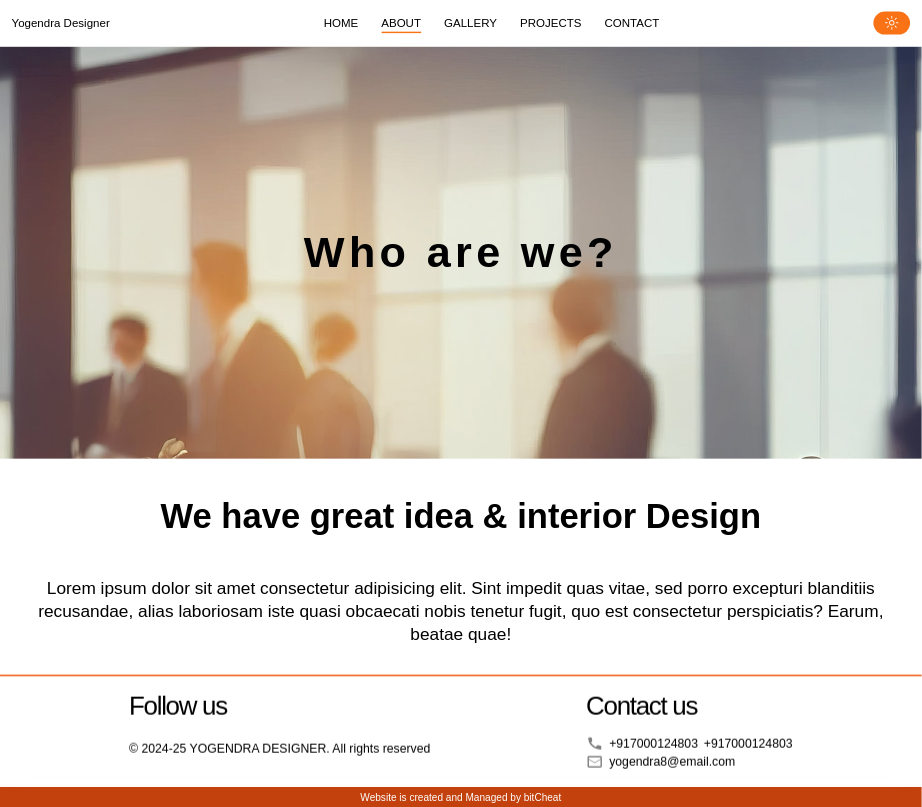
Repository: hitoutvrma/MB_designs-Interior-Designing-website
Page: /about
The author's editor kept a copy of each file at every save. The page is drawn from the files as they stood at one save, then again after the next save.
The browser window is 1280 px wide. The pictures show the whole page, at 72% of full size.
The project was rebuilt for these pictures with package versions that can differ from the ones it lists, and the page was loaded fresh each time. The framework's server and built-in components were replaced by stand-ins that run in the browser. Also part of the build but not shown: next.config.mjs.

Above is the page before, as saved 2024-09-16 20:36:33.

### app/layout.js
import localFont from "next/font/local";
import { Sen } from "next/font/google";
import "./globals.css";
import Header from "@/components/ui/Header";
import Footer from "@/components/ui/Footer";
import { ThemeProvider } from "@/components/ThemeProvider";

const josef = Sen({
  subsets:["latin"],
  weight:["400","500","600","700"],
  display:"swap"
})

// const geistSans = localFont({
//   src: "./fonts/GeistVF.woff",
//   variable: "--font-geist-sans",
//   weight: "100 900",
// });
// const geistMono = localFont({
//   src: "./fonts/GeistMonoVF.woff",
//   variable: "--font-geist-mono",
//   weight: "100 900",
// });

export const metadata = {
  title: "Create Next App",
  description: "Generated by create next app",
};

export default function RootLayout({ children }) {
  return (
    <html lang="en" suppressHydrationWarning>
      <body
        className={`${josef.variable} ${josef.variable} overflow-x-hidden antialiased`}
      >
        <ThemeProvider attribute='class' defaultTheme='light'>

        <Header/>
        {children}
        <Footer/>
        </ThemeProvider>
      </body>
    </html>
  );
}

### app/about/page.jsx
import React from 'react'

const page = () => {
  return (
    <div>
      <div className="bg-[url('/image/whoweare.jpg')] bg-center bg-cover">
        <h1 className='container py-32 text-6xl font-semibold text-black tracking-widest text-center lg:py-64'>Who are we?</h1>
      </div>
      <div className='container'>
        <div className='pt-4'>
          <h2 className='text-3xl font-semibold text-center lg:p-10 lg:text-5xl'>We have great idea & interior Design</h2>
          <p className='text-2xl text-center font-medium pb-10 mt-5'>Lorem ipsum dolor sit amet consectetur adipisicing elit. Sint impedit quas vitae, sed porro excepturi blanditiis recusandae, alias laboriosam iste quasi obcaecati nobis tenetur fugit, quo est consectetur perspiciatis? Earum, beatae quae!</p>
        </div>

      </div>
    </div>
  )
}

export default page

### app/globals.css
@tailwind base;
@tailwind components;
@tailwind utilities;


body {
  color: var(--foreground);
  background: var(--background);
  font-family: Arial, Helvetica, sans-serif;
}

@layer utilities {
  .text-balance {
    text-wrap: balance;
  }
}


@layer base {
  :root {
    --background: 0 0% 100%;
    --foreground: 20 14.3% 4.1%;
    --card: 0 0% 100%;
    --card-foreground: 20 14.3% 4.1%;
    --popover: 0 0% 100%;
    --popover-foreground: 20 14.3% 4.1%;
    --primary: 24.6 95% 53.1%;
    --primary-foreground: 60 9.1% 97.8%;
    --secondary: 60 4.8% 95.9%;
    --secondary-foreground: 24 9.8% 10%;
    --muted: 60 4.8% 95.9%;
    --muted-foreground: 25 5.3% 44.7%;
    --accent: 60 4.8% 95.9%;
    --accent-foreground: 24 9.8% 10%;
    --destructive: 0 84.2% 60.2%;
    --destructive-foreground: 60 9.1% 97.8%;
    --border: 20 5.9% 90%;
    --input: 20 5.9% 90%;
    --ring: 24.6 95% 53.1%;
    --radius: 0.5rem;
    --chart-1: 12 76% 61%;
    --chart-2: 173 58% 39%;
    --chart-3: 197 37% 24%;
    --chart-4: 43 74% 66%;
    --chart-5: 27 87% 67%;
  }

  .dark {
    --background: 20 14.3% 4.1%;
    --foreground: 60 9.1% 97.8%;
    --card: 20 14.3% 4.1%;
    --card-foreground: 60 9.1% 97.8%;
    --popover: 20 14.3% 4.1%;
    --popover-foreground: 60 9.1% 97.8%;
    --primary: 20.5 90.2% 48.2%;
    --primary-foreground: 60 9.1% 97.8%;
    --secondary: 12 6.5% 15.1%;
    --secondary-foreground: 60 9.1% 97.8%;
    --muted: 12 6.5% 15.1%;
    --muted-foreground: 24 5.4% 63.9%;
    --accent: 12 6.5% 15.1%;
    --accent-foreground: 60 9.1% 97.8%;
    --destructive: 0 72.2% 50.6%;
    --destructive-foreground: 60 9.1% 97.8%;
    --border: 12 6.5% 15.1%;
    --input: 12 6.5% 15.1%;
    --ring: 20.5 90.2% 48.2%;
    --chart-1: 220 70% 50%;
    --chart-2: 160 60% 45%;
    --chart-3: 30 80% 55%;
    --chart-4: 280 65% 60%;
    --chart-5: 340 75% 55%;
  }
}



@layer base {
  * {
    @apply border-border;
  }
  body {
    @apply bg-background text-foreground;
  }
}

.h1{
  @apply text-6xl xl:text-[72px] xl:leading-[80px] tracking-[-2px] font-bold mb-5 mt-4;
}

### components/ui/Header.jsx
'use client';
import React from 'react'
 import ThemeToggler from '../ThemeToggler'
import MobileNavigation from './MobileNavigation';
import Nav from './Nav';
const Header = () => {
  return (
    <div className='flex justify-between p-4 items-center '>
      <div>Yogendra Designer</div>
      <Nav containerStyles='hidden xl:flex gap-8 items-center' linkStyles='relative hover:text-primary transition-all' underlineStyles ='absolute left-0 top-full h-[2px] bg-primary w-full'
      />
      <div className='flex gap-2 items-center'>

      <ThemeToggler/>
      <div className='xl:hidden'>

      <MobileNavigation/>
      </div>
      </div>
    </div>
  )
}

export default Header

### components/ui/Footer.jsx
import React from 'react'

const Footer = () => {
  return (
    <div className='w-screen'>

    <div class="sm:flex justify-between  border-t-2 border-t-orange-600  backdrop-blur-lg sm:px-[14vw] px-4 py-[3vh] text-[17px] ">
  <div className='mb-8 sm:mb-0'>
    <head>
    <link rel="stylesheet" href="https://cdnjs.cloudflare.com/ajax/libs/font-awesome/6.0.0-beta3/css/all.min.css"/>

    </head>
    <h1 class="pb-5 text-4xl tracking-tighter">Follow us</h1>
    <div className='flex gap-x-6 pb-2 text-4xl'>
    <a href="https://instagram/hitoutvrma" className="text-gray-600 hover:text-pink-500 transition-transform duration-300 transform hover:scale-110"><i class="fa-brands fa-instagram" ></i></a>
      <a href="https://www.linkedin.com/in/hitesh-verma-3695b0254/" className="text-gray-600 hover:text-blue-700 transition-transform duration-300 transform hover:scale-110"><i class="fa-brands fa-linkedin"></i></a>
      <a href="https://x.com/hitesh_404" className="text-gray-600 hover:text-blue-700 transition-transform duration-300 transform hover:scale-110"><i class="fa-brands fa-facebook"></i></a>
    </div>
    <div className='sm:block hidden'>&copy; 2024-25 YOGENDRA DESIGNER. All rights reserved</div>
  </div>
  <div>
    <h1 class="pb-5 text-4xl tracking-tighter">Contact us</h1>
    <div class="flex gap-x-2">
      <svg class="text" xmlns="http://www.w3.org/2000/svg" viewBox="0 0 24 24" width="24" height="24" fill="gray">
        <path d="M6.62 10.79a15.533 15.533 0 006.59 6.59l2.2-2.2a1 1 0 011.09-.27c1.12.37 2.33.57 3.6.57a1 1 0 011 1V20a1 1 0 01-1 1C10.29 21 3 13.71 3 5a1 1 0 011-1h3.01a1 1 0 011 1c0 1.27.2 2.48.57 3.6a1 1 0 01-.27 1.09l-2.2 2.2z" />
      </svg>
      <a href="tel:+917000124803" class="hover:underline">+917000124803</a>
      <a href="tel:+917000124803" class="hover:underline">+917000124803</a>
    </div>
    <div class="flex gap-x-2">
      <svg xmlns="http://www.w3.org/2000/svg" viewBox="0 0 24 24" width="24" height="24" fill="gray">
        <path d="M20 4H4a2 2 0 00-2 2v12a2 2 0 002 2h16a2 2 0 002-2V6a2 2 0 00-2-2zM4 6h16v2l-8 5-8-5V6zm0 12V9l7.39 4.62a1 1 0 001.22 0L20 9v9H4z" />
      </svg>
      <a href="mailto:example@email.com" class="hover:underline">yogendra8@email.com</a>
    </div>
  </div>
    </div>
  <div className='flex items-center justify-center p-1 text-sm bg-orange-700 text-white border-t-orange-600'>Website is created and Managed by bitCheat</div>
</div>

  )
}

export default Footer

### components/ThemeProvider.jsx
'use client';

import { ThemeProvider as NextThemesProvider } from "next-themes";

export function ThemeProvider({ children, ...props }) {
    return <NextThemesProvider {...props}>
        { children }
    </NextThemesProvider>
}

### components/ThemeToggler.jsx
import { Button } from "./ui/button";
import { useTheme } from "next-themes";
import { SunIcon, MoonIcon } from "@radix-ui/react-icons";

const ThemeToggler = () => {
    const { theme, setTheme } = useTheme();

  return (
    <div>
      <Button  onClick={()=>setTheme(theme==='dark'?'light':'dark')}>
        <SunIcon className="h-[1.2rem] w-[1.2rem] scale-100 rotate-0 transition-all dark:rotate-90 dark:scale-0"/>
        <MoonIcon className="w-[1rem] absolute scale-0 rotate-90 transition-all dark:rotate-0 dark:scale-100"/>
      </Button>
    </div>
  )
}

export default ThemeToggler

### components/ui/MobileNavigation.jsx
import React from 'react'

import {Sheet, SheetContent, SheetTrigger} from '@/components/ui/sheet';
import Nav from './Nav';
import { AlignJustify } from 'lucide-react';

const MobileNavigation = () => {
  return (
    <Sheet>
        <SheetTrigger asChild>
            <AlignJustify className='cursor-pointer'/>
        </SheetTrigger>
        <SheetContent>
            <div className='p-3 flex flex-col items-center'>
                <div>
                    <div>Yogendra designer</div>
                    <Nav containerStyles='flex flex-col items-center gap-y-2' linkStyles='text-1xl '/>
                </div>
            </div>
        </SheetContent>
    </Sheet>
  )
}

export default MobileNavigation

### components/ui/Nav.jsx
//Hooks

import { usePathname } from "next/navigation";
import { motion } from "framer-motion";
import Link from "next/link";

const links = [
    {
        path:'/',name:'home'
    },
    {
        path:'/about',name:'about'
    },
    {
        path:'/gallery',name:'gallery'
    },
    {
        path:'/projects',name:'projects'
    },
    {
        path:'/contact',name:'contact'
    },
]
const Nav = ({ containerStyles, linkStyles, underlineStyles } ) => {

    const path = usePathname();
  return (
    <div className={`${containerStyles}`} >
        {
            links.map((link,index) =>{
                return(
                    <Link href={link.path}
                    key={index} className={`uppercase ${linkStyles}`}>
                        {link.path===path && (
                            <motion.span
                            initial={{y:'-100%'}}
                            animate={{y:0}}
                            transition={{ type:'tween'}}
                            layoutId="underline"
                            className={`${underlineStyles}`}
                            />
                        )}
                        {link.name}

                    </Link>
                )
            })
        }
      </div>
  )
}

export default Nav

### components/ui/button.jsx
import * as React from "react"
import { Slot } from "@radix-ui/react-slot"
import { cva } from "class-variance-authority";

import { cn } from "@/lib/utils"

const buttonVariants = cva(
  "inline-flex items-center justify-center whitespace-nowrap rounded-full text-base font-medium ring-offset-background transition-colors focus-visible:outline-none focus-visible:ring-2 focus-visible:ring-ring focus-visible:ring-offset-2 disabled:pointer-events-none disabled:opacity-50",
  {
    variants: {
      variant: {
        default: "bg-primary text-primary-foreground hover:bg-primary/90",
        destructive:
          "bg-destructive text-destructive-foreground hover:bg-destructive/90",
        outline:
          "border border-input bg-background hover:bg-accent hover:text-accent-foreground",
        secondary:
          "bg-secondary text-secondary-foreground hover:bg-secondary/80",
        ghost: "hover:bg-accent hover:text-accent-foreground",
        link: "text-primary underline-offset-4 hover:underline",
      },
      size: {
        default: "sm:h-[2.5vw] h-[7vw] px-4 py-2",
        sm: "h-9 rounded-md px-3",
        lg: "h-11 rounded-md px-8",
        icon: "h-10 w-10",
      },
    },
    defaultVariants: {
      variant: "default",
      size: "default",
    },
  }
)

const Button = React.forwardRef(({ className, variant, size, asChild = false, ...props }, ref) => {
  const Comp = asChild ? Slot : "button"
  return (
    (<Comp
      className={cn(buttonVariants({ variant, size, className }))}
      ref={ref}
      {...props} />)
  );
})
Button.displayName = "Button"

export { Button, buttonVariants }

### components/ui/sheet.jsx
"use client";
import * as React from "react"
import * as SheetPrimitive from "@radix-ui/react-dialog"
import { cva } from "class-variance-authority";
import { X } from "lucide-react"

import { cn } from "@/lib/utils"

const Sheet = SheetPrimitive.Root

const SheetTrigger = SheetPrimitive.Trigger

const SheetClose = SheetPrimitive.Close

const SheetPortal = SheetPrimitive.Portal

const SheetOverlay = React.forwardRef(({ className, ...props }, ref) => (
  <SheetPrimitive.Overlay
    className={cn(
      "fixed inset-0 z-50 bg-black/80  data-[state=open]:animate-in data-[state=closed]:animate-out data-[state=closed]:fade-out-0 data-[state=open]:fade-in-0",
      className
    )}
    {...props}
    ref={ref} />
))
SheetOverlay.displayName = SheetPrimitive.Overlay.displayName

const sheetVariants = cva(
  "fixed z-50 gap-4 bg-background p-6 shadow-lg transition ease-in-out data-[state=open]:animate-in data-[state=closed]:animate-out data-[state=closed]:duration-300 data-[state=open]:duration-500",
  {
    variants: {
      side: {
        top: "inset-x-0 top-0 border-b data-[state=closed]:slide-out-to-top data-[state=open]:slide-in-from-top",
        bottom:
          "inset-x-0 bottom-0 border-t data-[state=closed]:slide-out-to-bottom data-[state=open]:slide-in-from-bottom",
        left: "inset-y-0 left-0 h-full w-3/4 border-r data-[state=closed]:slide-out-to-left data-[state=open]:slide-in-from-left sm:max-w-sm",
        right:
          "inset-y-0 right-0 h-full w-3/4  border-l data-[state=closed]:slide-out-to-right data-[state=open]:slide-in-from-right sm:max-w-sm",
      },
    },
    defaultVariants: {
      side: "right",
    },
  }
)

const SheetContent = React.forwardRef(({ side = "right", className, children, ...props }, ref) => (
  <SheetPortal>
    <SheetOverlay />
    <SheetPrimitive.Content ref={ref} className={cn(sheetVariants({ side }), className)} {...props}>
      {children}
      <SheetPrimitive.Close
        className="absolute right-4 top-4 rounded-sm opacity-70 ring-offset-background transition-opacity hover:opacity-100 focus:outline-none focus:ring-2 focus:ring-ring focus:ring-offset-2 disabled:pointer-events-none data-[state=open]:bg-secondary">
        <X className="h-4 w-4" />
        <span className="sr-only">Close</span>
      </SheetPrimitive.Close>
    </SheetPrimitive.Content>
  </SheetPortal>
))
SheetContent.displayName = SheetPrimitive.Content.displayName

const SheetHeader = ({
  className,
  ...props
}) => (
  <div
    className={cn("flex flex-col space-y-2 text-center sm:text-left", className)}
    {...props} />
)
SheetHeader.displayName = "SheetHeader"

const SheetFooter = ({
  className,
  ...props
}) => (
  <div
    className={cn("flex flex-col-reverse sm:flex-row sm:justify-end sm:space-x-2", className)}
    {...props} />
)
SheetFooter.displayName = "SheetFooter"

const SheetTitle = React.forwardRef(({ className, ...props }, ref) => (
  <SheetPrimitive.Title
    ref={ref}
    className={cn("text-lg font-semibold text-foreground", className)}
    {...props} />
))
SheetTitle.displayName = SheetPrimitive.Title.displayName

const SheetDescription = React.forwardRef(({ className, ...props }, ref) => (
  <SheetPrimitive.Description
    ref={ref}
    className={cn("text-sm text-muted-foreground", className)}
    {...props} />
))
SheetDescription.displayName = SheetPrimitive.Description.displayName

export {
  Sheet,
  SheetPortal,
  SheetOverlay,
  SheetTrigger,
  SheetClose,
  SheetContent,
  SheetHeader,
  SheetFooter,
  SheetTitle,
  SheetDescription,
}

### tailwind.config.js
/** @type {import('tailwindcss').Config} */
module.exports = {
	darkMode: ["class"], // Dark mode setting
	content: [
	  "./pages/**/*.{js,ts,jsx,tsx,mdx}",
	  "./components/**/*.{js,ts,jsx,tsx,mdx}",
	  "./app/**/*.{js,ts,jsx,tsx,mdx}",
	],
	theme: {
	  // Container customization
	  container: {
		center: true, // Centers the container horizontally
		padding: '2rem', // Adds 1rem of padding (16px) on all sides
		screens: {
		  sm: '100%',  // Container takes 100% width on small screens
		  md: '100%',  // Container takes 100% width on medium screens
		  lg: '1024px', // Container is 1024px wide on large screens
		  xl: '1280px', // Container is 1280px wide on extra-large screens
		  '2xl': '1536px', // Container is 1536px wide on 2XL screens
		},
	  },
	  extend: {
		// Extending color palette
		colors: {
		  background: 'hsl(var(--background))',
		  foreground: 'hsl(var(--foreground))',
		  card: {
			DEFAULT: 'hsl(var(--card))',
			foreground: 'hsl(var(--card-foreground))',
		  },
		  popover: {
			DEFAULT: 'hsl(var(--popover))',
			foreground: 'hsl(var(--popover-foreground))',
		  },
		  primary: {
			DEFAULT: 'hsl(var(--primary))',
			foreground: 'hsl(var(--primary-foreground))',
		  },
		  secondary: {
			DEFAULT: 'hsl(var(--secondary))',
			foreground: 'hsl(var(--secondary-foreground))',
		  },
		  muted: {
			DEFAULT: 'hsl(var(--muted))',
			foreground: 'hsl(var(--muted-foreground))',
		  },
		  accent: {
			DEFAULT: 'hsl(var(--accent))',
			foreground: 'hsl(var(--accent-foreground))',
		  },
		  destructive: {
			DEFAULT: 'hsl(var(--destructive))',
			foreground: 'hsl(var(--destructive-foreground))',
		  },
		  border: 'hsl(var(--border))',
		  input: 'hsl(var(--input))',
		  ring: 'hsl(var(--ring))',
		  chart: {
			'1': 'hsl(var(--chart-1))',
			'2': 'hsl(var(--chart-2))',
			'3': 'hsl(var(--chart-3))',
			'4': 'hsl(var(--chart-4))',
			'5': 'hsl(var(--chart-5))',
		  },
		},
		// Extending border radius
		borderRadius: {
		  lg: 'var(--radius)',
		  md: 'calc(var(--radius) - 2px)',
		  sm: 'calc(var(--radius) - 4px)',
		},
	  },
	},
	plugins: [require("tailwindcss-animate")],
  };

Loaded but not shown: lib/utils.js (common file)

After the next save:
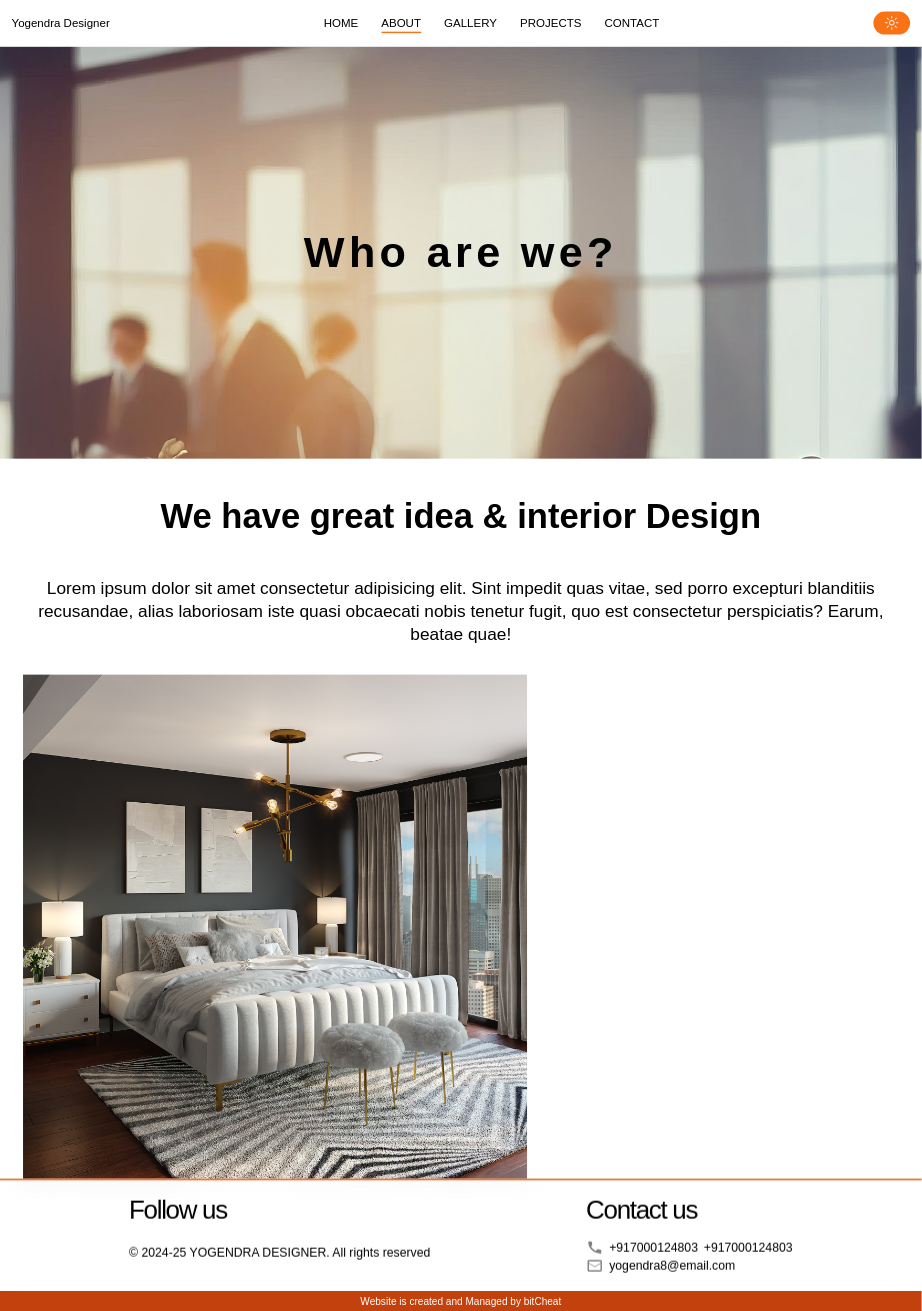
Saved 2 min 34 s later.
--- a/app/about/page.jsx
+++ b/app/about/page.jsx
@@ -1,3 +1,4 @@
+import Image from 'next/image'
 import React from 'react'
 
 const page = () => {
@@ -12,6 +13,13 @@ const page = () => {
           <p className='text-2xl text-center font-medium pb-10 mt-5'>Lorem ipsum dolor sit amet consectetur adipisicing elit. Sint impedit quas vitae, sed porro excepturi blanditiis recusandae, alias laboriosam iste quasi obcaecati nobis tenetur fugit, quo est consectetur perspiciatis? Earum, beatae quae!</p>
         </div>
 
+
+      <div>
+      <div>
+        <Image src="/image/gallery1123.jpg" width={700} height={700}/>
+      </div>
+      <div></div>
+      </div>
       </div>
     </div>
   )
